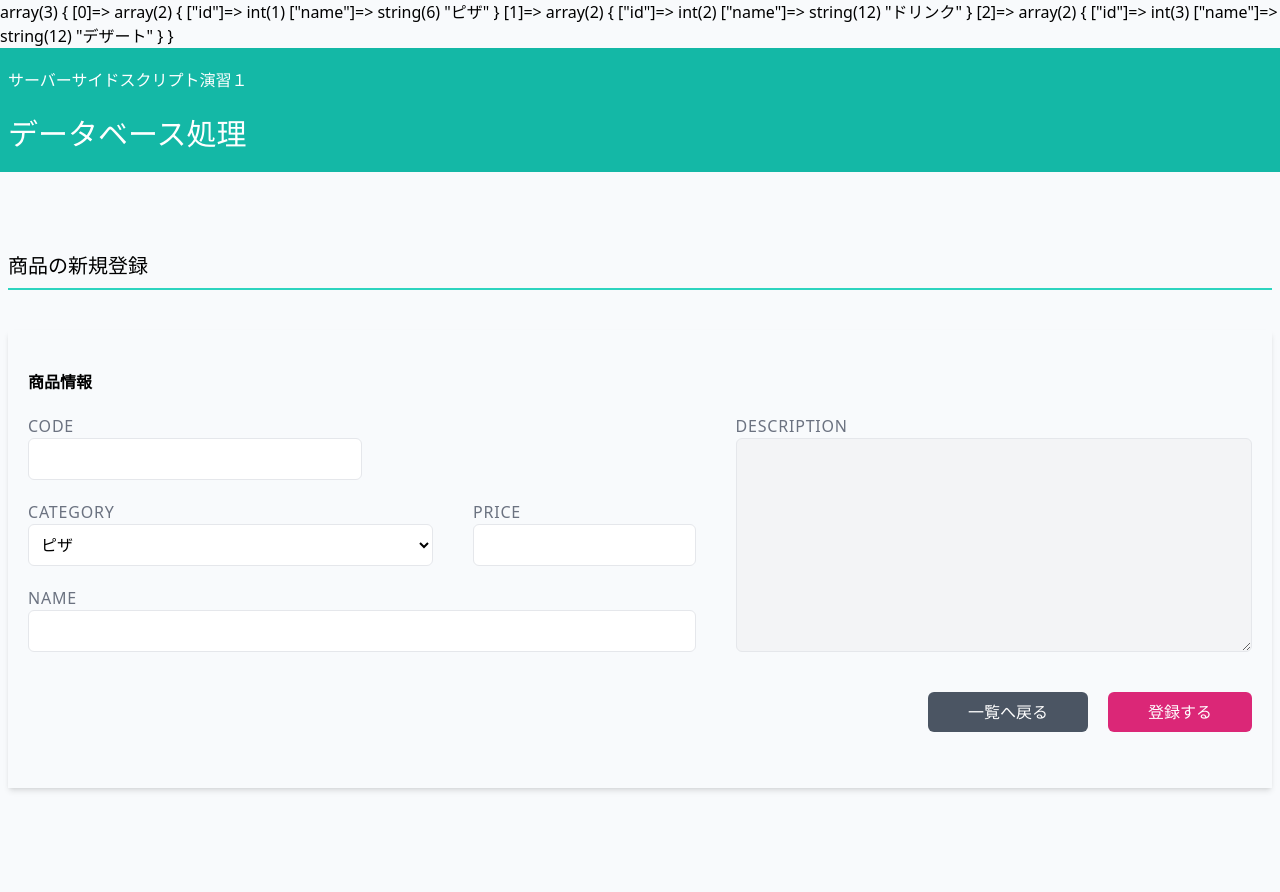
Repository: ShunKUN1182/STD_PHP
Page: http://localhost/kadai08_1.php
The author's editor kept a copy of each file at every save. The page is drawn from the files as they stood at one save, then again after the next save.
The browser window is 1280 px wide. The pictures show the whole page.
Some web libraries are served in a nearby version. The page is run by PHP 8.4 with error messages shown; the project is at /var/www/html/. The database holds what the project's SQL file puts in it.

Above is the page before, as saved 2026-07-10 15:55:48.

### kadai08_1.php
<?php
require_once __DIR__ . "/utility.php";

try {
  $db = new PDO(DB_DSN,DB_USER,DB_PASS);

  //カテゴリー一覧の取得
  $table = TB_CATEGORIES;
  $sql = "SELECT * FROM {$table}";
  $stmt = $db->prepare($sql);
  $stmt->execute();
  $categorise = [];
  while($row = $stmt->fetch(PDO::FETCH_ASSOC)) {
    $categorise[] = $row;
  }
  var_dump($categorise);
}catch (PDOException $error) {
  $error->getMessage();
}

?>
<!DOCTYPE html>
<html lang="ja">
<head>
  <meta charset="UTF-8">
  <meta name="viewport" content="width=device-width, initial-scale=1.0">

  <!-- link -->
  <!-- <link href="css/style.css" rel="stylesheet"> -->

  <!-- script -->
  <script src="https://cdn.tailwindcss.com"></script>
  <title>php1 - kadai08_1</title>
</head>
<body class="bg-slate-50">
<div class="wrapper box-border">

<header class="bg-teal-500">
  <div class="container mx-auto px-2 py-5">
    <h1 class="text-l text-white mb-6"><a href="#">サーバーサイドスクリプト演習１</a></h1>
    <h2 class="text-3xl text-white">データベース処理</h2>
  </div><!--/.container-->
</header>

<main>
  <div class="container w-full h-full mx-auto px-2 py-20">

    <div class="mb-10">
      <h3 class="text-xl border-b-2 border-teal-400 pb-2 mb-5">商品の新規登録</h3>

      <!-- エラーメッセージ -->
      <!-- <p class="text-red-600">エラーメッセーの表示</p> -->

    </div>

    <div class="product-wrap px-5 py-10 shadow-md">
      <h4 class="font-bold mb-5">商品情報</h4>

      <form action="kadai08_2.php" method="POST">

        <div class="flex flex-col md:flex-row mb-10">
          <div class="flex-grow mr-0 md:mr-10 mb-5 md:mb-0">
            <div class="mb-5">
              <div class="flex flex-col w-6/12">
                <label for="product_code" class="text-gray-500 text-left uppercase tracking-wider">code</label>
                <input
                  type="text"
                  name="product_code"
                  id="product_code"
                  class="px-2 py-2 border rounded-md outline-none focus:border-green-200"
                  value=""
                >
              </div>
            </div>

            <div class="flex justify-between mb-5">
              <div class="flex flex-col flex-grow mr-10">
                <label for="category" class="text-gray-500 text-left uppercase tracking-wider">category</label>
                <select name="category" id="category" class="bg-white px-2 py-2 border  rounded-md outline-none focus:border-green-200">
                  <?php foreach($categorise as $category): ?>
                  <option value="<?= $category["id"] ?>"><?= $category["name"] ?></option>
                  <?php endforeach ?>
                </select>
              </div>
              <div class="flex flex-col w-4/12">
                <label for="price" class="text-gray-500 text-left uppercase tracking-wider">price</label>
                <input
                  type="text"
                  name="price"
                  id="price"
                  class="px-2 py-2 border rounded-md outline-none focus:border-green-200"
                  value=""
                >
              </div>
            </div>

            <div class="flex flex-col">
              <label for="name" class="text-gray-500 text-left uppercase tracking-wider">name</label>
              <input
                type="text"
                name="name"
                id="name"
                class="px-2 py-2 border rounded-md outline-none focus:border-green-200"
                value=""
              >
            </div>
          </div>

          <div class="flex flex-col items-stretch flex-grow">
            <label for="description" class="text-gray-500 text-left uppercase tracking-wider">description</label>
            <textarea name="description" id="description" class="w-full h-full text-lg px-2 bg-gray-100 py-2 border rounded-md" disabled></textarea>
          </div>
        </div>

        <div class="flex flex-col sm:flex-row justify-end">
          <a href="kadai06_1.php" class="text-white text-center leading-10 bg-gray-600 px-10 mr-0 sm:mr-5 hover:bg-gray-500 rounded-md">一覧へ戻る</a>
          <button type="submit" class="order-first sm:order-1 text-white text-center leading-10 bg-pink-600 px-10 mb-2 sm:mb-0 hover:bg-pink-500 rounded-md">登録する</button>
        </div>
      </form>

    </div><!--/.product-wrap-->

  </div><!--/.container-->
</main>

</div><!--/.wrapper-->
</body>
</html>

### utility.php
<?php
require_once __DIR__ . "/config.php";

//headers header関数を生成する

function headers(array $params): void {
  foreach ($params as $key => $param) {
    header("{$key}: {$param}");
  }
};

### config.php
<?php
// 定数などのサイトの設定を定義する

const SITE_NAME = "サーバーサイド1";

define("DOC_ROOT" , __DIR__);

const WEB_ROOT = "https://10.202.10.3/ecc/sfukusima/php1/";

//DB関連
const DB_DRIVER = "mysql";
const DB_HOST = "localhost";
const DB_NAME = "sfukusima";
const DB_USER = "sfukusima";
const DB_PASS = "eccMyAdmin";
const DB_CHAR = "utf8mb4";
const DB_DSN = DB_DRIVER.":host=".DB_HOST.";dbname=".DB_NAME.";charset=".DB_CHAR;

//テーブル関係
const TB_ZIP = "php1_zip";
const TB_PRODUCTS = "php1_products";
const TB_CATEGORIES = "php1_categories";
?>

### database/Categories.sql (the tables this page reads)
CREATE TABLE  php1_categories(
    `id`   INT UNSIGNED AUTO_INCREMENT PRIMARY KEY,    
    `name` VARCHAR(64)  NOT NULL                       
);

INSERT INTO php1_categories( `name` ) VALUES 
    ( 'ピザ' ),
    ( 'ドリンク' ),
    ( 'デザート' );

After the next save:
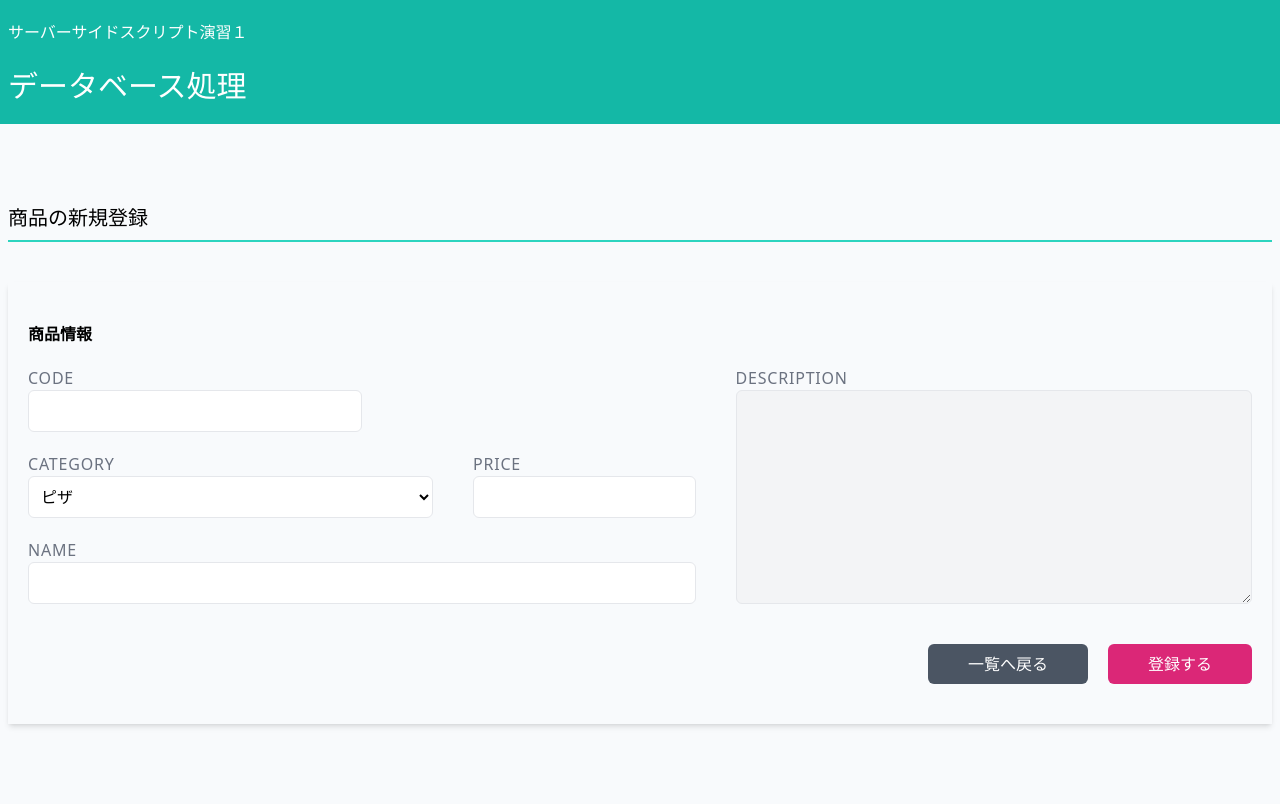
Saved 99 s later.
--- a/kadai08_1.php
+++ b/kadai08_1.php
@@ -13,7 +13,6 @@ try {
   while($row = $stmt->fetch(PDO::FETCH_ASSOC)) {
     $categorise[] = $row;
   }
-  var_dump($categorise);
 }catch (PDOException $error) {
   $error->getMessage();
 }
